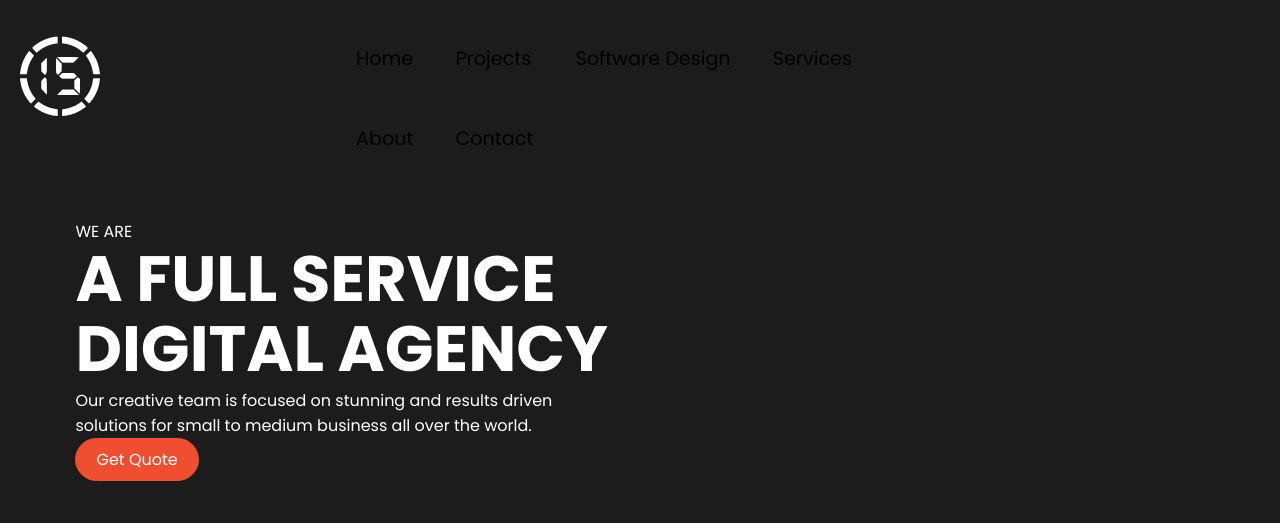
Repository: gopalpurohit54/one5
Page: /
An editor plug-in stored every save of this project. The page is shown before and after the next save, followed by the edit.
The browser window is 1280 px wide. The pictures show the whole page.
The project was rebuilt for these pictures with package versions that can differ from the ones it lists, and the page was loaded fresh each time.

Above is the page before, as saved 2021-06-11 14:58:33.

### src/index.css
@import url('https://fonts.googleapis.com/css2?family=Poppins:ital,wght@0,100;0,200;0,300;0,400;0,500;0,600;0,700;0,800;0,900;1,100;1,200;1,300;1,400;1,500;1,600;1,700;1,800;1,900&display=swap');

* {
  margin: 0;
  padding: 0;
  outline: none;
  font-family: 'Poppins', sans-serif;
  -webkit-font-smoothing: antialiased;
  -moz-osx-font-smoothing: grayscale;
}

code {
  font-family: source-code-pro, Menlo, Monaco, Consolas, 'Courier New',
    monospace;
}

### src/components/App.js
import React from 'react';
import Navbar from '../components/Navbar';
import { BrowserRouter as Router, Switch, Route } from 'react-router-dom';
import './App.css';
import Home from '../components/Pages/Home';

function App() {
  return (
    <>
    <Router>
      <Navbar />
      <Switch>
        <Route path='/' exact component= {Home} />
      </Switch>
    </Router>
    </>
  );
}



export default App

### src/components/navbar.js
import React, { useState } from 'react';
import { Link } from 'react-router-dom';
import './Navbar.css';

function Navbar() {

    const [click, setClick] = useState(false);

    const handleClick = () => setClick(!click);
    const closeMobileMenu = () => setClick(false);

    return (
        <>
            <nav className="navbar">
                <div className="navbar-container">
                    <Link to="/" className="navbar-logo" onClick= {closeMobileMenu}>
                        <img src="/logo-white.png" alt="" />
                    </Link>
                </div>
                <div className="menu-icon" onClick= {handleClick}>
                    <i className= { click ? 'fas fa-times' : 'fas fa-bars'} />
                </div>
                <ul className= { click ? 'nav-menu active' : 'nav-menu'}>
                    <li className= 'nav-item'>
                        <Link to= '/home' className='nav-links' onClick= {closeMobileMenu}>
                            Home
                        </Link>
                    </li>
                    <li className= 'nav-item'>
                        <Link to= '/projects' className='nav-links' onClick= {closeMobileMenu}>
                            Projects
                        </Link>
                    </li>
                    <li className= 'nav-item'>
                        <Link to= '/software-design' className='nav-links' onClick= {closeMobileMenu}>
                            Software Design
                        </Link>
                    </li>
                    <li className= 'nav-item'>
                        <Link to= '/services' className='nav-links' onClick= {closeMobileMenu}>
                            Services
                        </Link>
                    </li>
                    <li className= 'nav-item'>
                        <Link to= '/about' className='nav-links' onClick= {closeMobileMenu}>
                            About
                        </Link>
                    </li>
                    <li className= 'nav-item'>
                        <Link to= '/contact' className='nav-links' onClick= {closeMobileMenu}>
                            Contact
                        </Link>
                    </li>
                </ul>
            </nav>
        </>
    )
}

export default Navbar

### src/components/App.css

* {
    box-sizing: border-box;
    margin: 0;
    padding: 0;
    font-family: 'Poppins', sans-serif;
    background: #1c1c1c;
  }

### src/components/Pages/Home.js
import React from 'react';
import '../App.css';
import  HeroSection from '../HeroSection';

function Home() {
    return (
        <>
            <HeroSection />
        </>
    )
}

export default Home

### src/components/navbar.css
:root {
    --primary: #F04E31;
}

.navbar {
    background: transparent;
    height: 80px;
    display: flex;
    justify-content: flex-start;
    font-size: 1.2rem;
    position: sticky;
    top: 5%;
    z-index: 999;
}

.navbar-container {
    display: flex;
    justify-content: left;
    align-items: left;
    height: 80px;
    /* max-width: 1500px; */
}

.navbar-logo {
    justify-self: start;
    margin-left: 20px;
    cursor: pointer;
    display: flex;
    align-items: center;
}

.nav-menu {
    display: grid;
    grid-template-columns: repeat(4, auto);
    grid-gap: 10px;
    list-style: none;
    text-align: left;
    width: 60vw;
    justify-content: end;
    margin-right: 2rem;
}

.nav-item {
    height: 70px;
  }

  .nav-links {
    color: #000;
    display: flex;
    align-items: left;
    text-decoration: none;
    padding: 0.5rem 1rem;
    height: 100%;
  }

  .nav-links:hover {
    color: var(--primary);
    transition: all 0.2s ease-out;
  }

  .fa-bars {
    color: #fff;
  }

  .fa-bars:hover {
    color: #F04E31;
  }

  .nav-links-mobile {
    display: none;
  }

  .menu-icon {
    display: none;
  }

  @media screen and (max-width: 960px) {
    .NavbarItems {
      position: relative;
    }

    .nav-menu {
      display: flex;
      flex-direction: column;
      width: 100%;
      height: 90vh;
      position: absolute;
      top: 77px;
      left: -100%;
      opacity: 1;
      transition: all 0.5s ease;
    }

    .nav-menu.active {
      background: #fff;
      left: 0;
      opacity: 1;
      transition: all 0.5s ease;
      z-index: 1;
    }

    .nav-links {
      text-align: left;
      padding: 2rem;
      width: 100%;
      display: table;
    }

    .nav-links:hover {
      background-color: #fff;
      color: var(--primary);
      border-radius: 0;
    }

    .navbar-logo {
      position: absolute;
      top: 0;
      left: 0;
      transform: translate(25%, 50%);
    }

    .menu-icon {
      display: block;
      position: absolute;
      top: 0;
      right: 0;
      transform: translate(-100%, 60%);
      font-size: 1.8rem;
      cursor: pointer;
    }

    .fa-times {
      color: #000;
      font-size: 2rem;
    }

    .fa-times:hover {
      color: #F04E31;
    }
    .nav-links-mobile {
      display: block;
      text-align: left;
      margin: 2rem auto;
      border-radius: 4px;
      width: 80%;
      text-decoration: none;
      font-size: 1.5rem;
      background-color: transparent;
      color: #000;
      padding: 14px 20px;
      border: none;
      transition: all 0.3s ease-out;
    }

    .nav-links-mobile:hover {
      background: #fff;
      color: var(--primary);
      transition: 250ms;
    }
  }

### src/components/HeroSection.js
import React, { useState, useEffect } from 'react';
import './App.css';
import { Button } from './Button';
// import anim from '../src/assets/red-blob-hq.gif';
import styled from 'styled-components';
import { motion } from 'framer-motion';

function HeroSection() {

    const Section = styled.section `
        height: 75vh;
        display: flex;
        flex-direction: column;
        justify-content: center;
        align-items: center;
        background: #1c1c1c;
    `;

    const Container = styled.div `
        display: grid;
        grid-template-columns: 1fr 1fr;
        height: 100vh;
        padding: 3rem calc((100vw - 1300px) /2 );

        @media screen and (max-width: 768px){
            grid-grid-template-columns: 1fr;
        }
    `;

    const ColumnLeft = styled.div `
        display: flex;
        color: #fff;
        flex-direction: column;
        justify-content: center;
        align-items: flex-start;
        padding: 5rem 2rem;

        h1 {
            margin-bottom: 0.25rem;
            font-size: 4rem;
            line-height: 1.1;
        }

        p .hero-shortdesc {
            margin-bottom: 0.25rem;
            font-size: 1rem;
            line-height: 1.5;
            font-style: normal;
            font-weight: 300;
            color: #F04E31;
        }

    `;
    const ColumnRight = styled.div ``

    // eslint-disable-next-line no-unused-vars
    const [button, setButton] = useState(true);

    const showButton = () => {
        if(window.innerWidth <= 960) {
            setButton(false);
        } else {
            setButton(true);
        }
    };

    useEffect ( ( ) => {
        showButton();
    }, []);

    window.addEventListener('resize', showButton);

    return (
        <Section className = 'hero-section'>
            <Container className = 'hero-container'>
                <ColumnLeft className = 'col-left'>
                    <p className = 'hero-shortdesc'>WE ARE</p>
                    <h1>A FULL SERVICE <br/>
                    DIGITAL AGENCY</h1>
                    <p className = 'hero-desc'>Our creative team is focused on stunning and results driven <br/>
                    solutions for small to medium business all over the world.</p>
                    <div className='hero-btn'>
                    <Button className='btn' buttonStyle='btn--primary'>Get Quote</Button>
                    </div>
                </ColumnLeft>
                {/* <ColumnRight className = 'col-right'>
                    <img src= { anim } style= {{ display: 'block', margin: 'auto' }} alt= "Loading..." />
                </ColumnRight> */}
            </Container>
        </Section>
    )
}

export default HeroSection

### src/components/Button.js
import React from 'react';
import './Button.css';
import { Link } from 'react-router-dom';

const STYLES = ['btn--primary', 'btn--outline', 'btn--test'];

const SIZES = ['btn--medium', 'btn--large'];

export const Button = ({
  children,
  type,
  onClick,
  buttonStyle,
  buttonSize
}) => {
  const checkButtonStyle = STYLES.includes(buttonStyle)
    ? buttonStyle
    : STYLES[0];

  const checkButtonSize = SIZES.includes(buttonSize) ? buttonSize : SIZES[0];

  return (
    <Link to='/sign-up' className='btn-mobile'>
      <button
        className={`btn ${checkButtonStyle} ${checkButtonSize}`}
        onClick={onClick}
        type={type}
      >
        {children}
      </button>
    </Link>
  );
};

### src/components/Button.css
:root {
    --primary: #F04E31;
}

.btn {
    padding: 8px 20px;
    border-radius: 30px;
    outline: none;
    border: none;
    cursor: pointer;
}

.btn--primary {
    background-color: var(--primary);
    color: #fff;
    border: 1px solid var(--primary);
}

.btn--outline {
    background-color: transparent;
    color: #F04E31;
    padding: 8px 20px;
    border: 1px solid var(--primary);
    transition: all 0.3s ease-out;
}

.btn--medium {
    padding: 8px 20px;
    font-size: 16px;
}

.btn--large {
    padding: 12px 26px;
    font-size: 16px;
}

.btn--medium:hover, .btn--large:hover {
    background: transparent;
    color: #F04E31;
    transition: all 0.3s ease-out;
}

Loaded but not shown: public/index.html (common file); src/index.js (common file); src/reportWebVitals.js (common file)

After the next save:
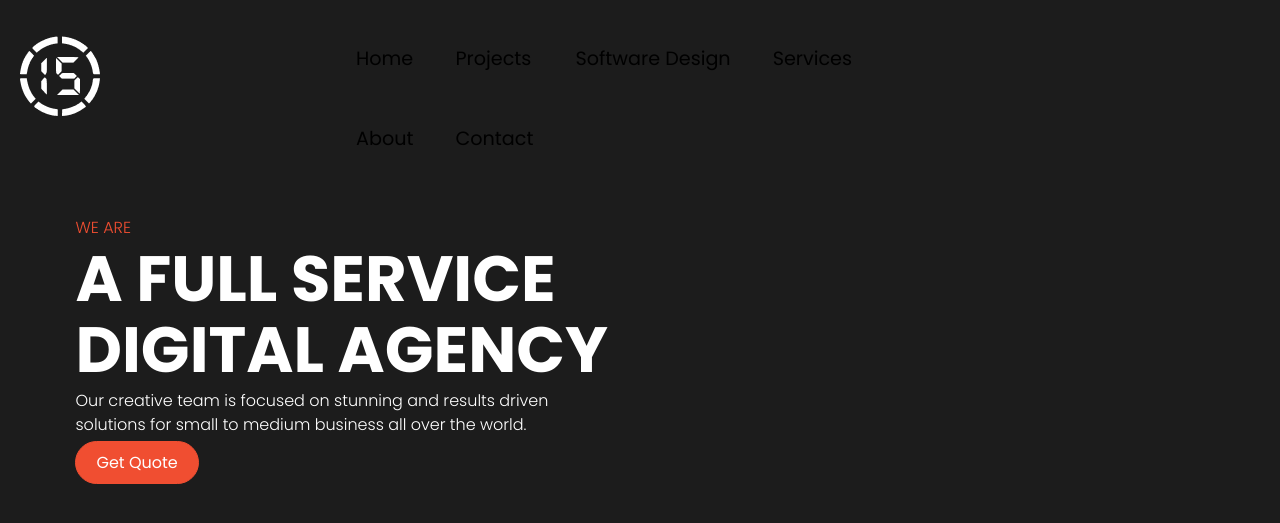
Saved 2 min 34 s later.
--- a/src/components/HeroSection.js
+++ b/src/components/HeroSection.js
@@ -41,13 +41,12 @@ function HeroSection() {
             line-height: 1.1;
         }
 
-        p .hero-shortdesc {
+        p {
             margin-bottom: 0.25rem;
             font-size: 1rem;
             line-height: 1.5;
             font-style: normal;
             font-weight: 300;
-            color: #F04E31;
         }
 
     `;
@@ -74,7 +73,7 @@ function HeroSection() {
         <Section className = 'hero-section'>
             <Container className = 'hero-container'>
                 <ColumnLeft className = 'col-left'>
-                    <p className = 'hero-shortdesc'>WE ARE</p>
+                    <p className = 'hero-shortdesc' style={{ color: '#F04E31' }}>WE ARE</p>
                     <h1>A FULL SERVICE <br/>
                     DIGITAL AGENCY</h1>
                     <p className = 'hero-desc'>Our creative team is focused on stunning and results driven <br/>
